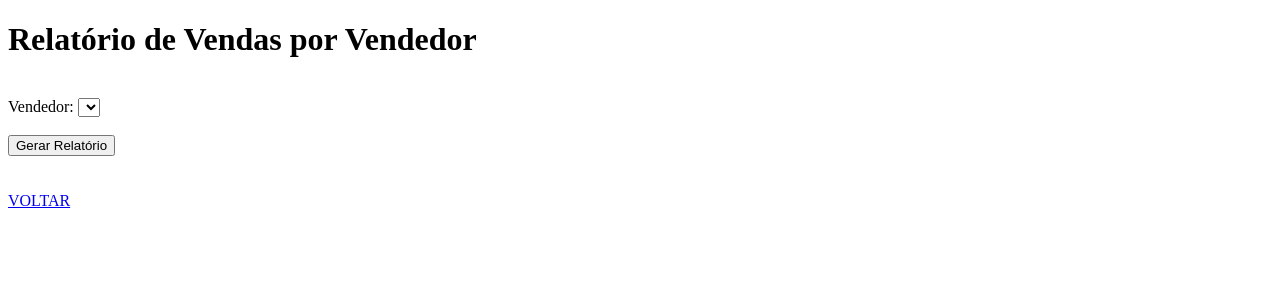
Repository: gabriellacrystina/workspaceWeb
Page: http://localhost/PrjVendas/RelatorioVendasVendedor.jsp
These files come from the project's save history. The page is drawn as it stood at one moment and after the next save; the edit follows.
The browser window is 1280 px wide. The pictures show the whole page.
The page is served by Tomcat 9.

Above is the page before, as saved 2015-09-23 20:28:58.

After the next save:
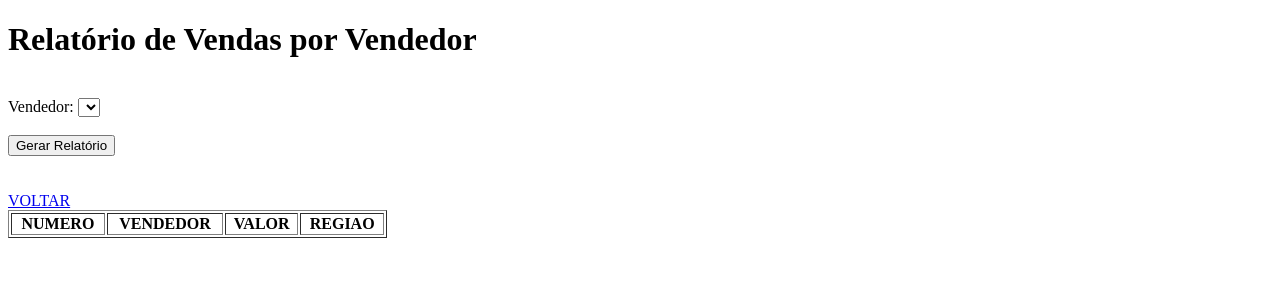
Saved 4 min 43 s later.
--- a/PrjVendas/WebContent/RelatorioVendasVendedor.jsp
+++ b/PrjVendas/WebContent/RelatorioVendasVendedor.jsp
@@ -29,17 +29,28 @@
 			<input type="submit" name="btnSubmit" value="Gerar Relatório"><br><br><br>
 		</form>
 		<!--Fim o formulario-->
+		<!--Inicio da definicao da tabela-->
+		<table border="1" style="width:30%">
+		<thead>
+			<tr>
+				<th>NUMERO</th>
+				<th>VENDEDOR</th>
+				<th>VALOR</th>
+				<th>REGIAO</th>
+			</tr>
+		</thead>
 		<%
-			Vendedor vendedor = (Vendedor) session.getAttribute("vendedor");
+		Vendedor vendedor = (Vendedor) session.getAttribute("vendedor");
 
-			if(vendedor!= null){
-			%>
+		if(vendedor!= null){
+		%>
+			<div>
+				NOME DO VENDEDOR: <%=vendedor.getNome()%><br>
+			</div><br>
 
-
-
-			<%
-			}
-			%>
+		<%
+		}
+		%>
 
 
 		<a href="Menu.jsp">VOLTAR</a><br>
